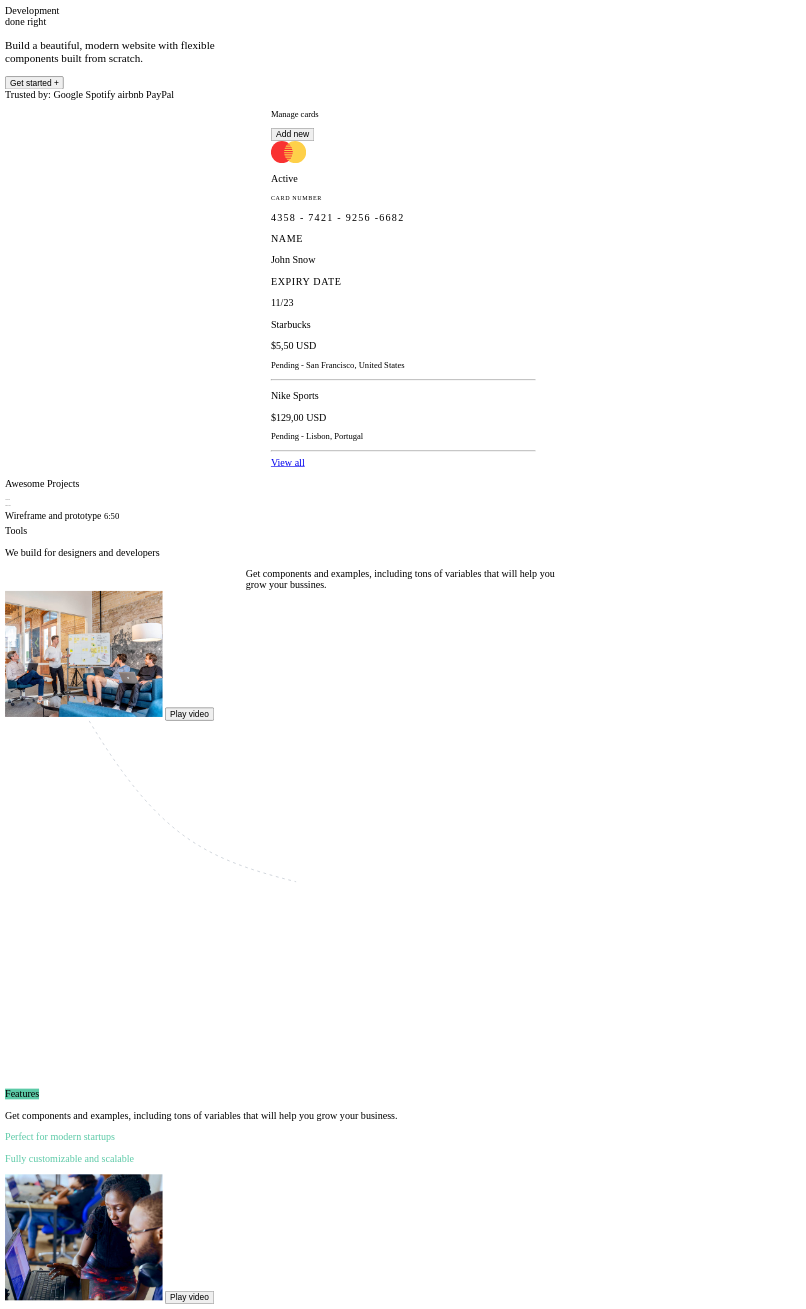
Repository: brandonc16/odoo-task
Page: components/hero.html
The author's editor kept a copy of each file at every save. The page is drawn from the files as they stood at one save, then again after the next save.
The browser window is 1280 px wide. The pictures show the whole page, at 63% of full size.

Above is the page before, as saved 2026-03-16 01:27:24.

### components/hero.html
<!-- SECTION CARD  -->
<div class="bg-primary text-white hero-style pb-10">
  <div class="pt-5">
    <div class="row align-items-center px-lg-10">
      <div class="col-12 col-lg-6 mb-5 mb-lg-0">
        <p class="display-4 fw-bold mb-4">Development<br />done right</p>
        <p
          class="mb-4 text-white-50"
          style="font-size: 1.1rem; max-width: 400px"
        >
          Build a beautiful, modern website with flexible components built from
          scratch.
        </p>
        <button
          class="btn btn-light text-primary rounded-2 d-inline-flex align-items-center gap-2 fw-bold px-4 py-2 mb-5"
        >
          Get started <span class="fs-5">+</span>
        </button>

        <div class="d-flex align-items-center gap-4 flex-wrap mt-3">
          <span class="small text-white-50">Trusted by:</span>
          <span class="fw-bold d-flex align-items-center gap-1"
            ><i class="bi bi-google"></i>Google</span
          >
          <span class="fw-bold d-flex align-items-center gap-1"
            ><i class="bi bi-spotify"></i>Spotify</span
          >
          <span class="fw-bold fs-5">airbnb</span>
          <span class="fw-bold d-flex align-items-center gap-1"
            ><i class="bi bi-paypal"></i>PayPal</span
          >
        </div>
      </div>
      <div class="col-12 col-lg-6">
        <div
          class="card bg-white border-0 shadow-lg p-4 text-dark"
          style="
            border-radius: 1.5rem 1.5rem 4.5rem 1.5rem;
            max-width: 420px;
            margin: 0 auto;
          "
        >
          <div class="d-flex justify-content-between align-items-center mb-4">
            <p class="fw-bold" style="font-size: 0.85rem">Manage cards</p>
            <button
              class="btn btn-outline-secondary btn-sm px-3 rounded-2"
              style="font-size: 0.85rem"
            >
              Add new
            </button>
          </div>
          <div
            class="bg-card-dark text-white p-4 mb-4 shadow-sm"
            style="border-radius: 1rem"
          >
            <div class="d-flex justify-content-between align-items-start mb-4">
              <div class="d-flex">
                <a class="navbar-brand fw-fold fs-3" href="#">
                  <img
                    src="/assets/mastercard.svg"
                    alt="Odoo logo"
                    height="35"
                    class="d-inline-block align-text-top"
                  />
                </a>
              </div>
              <p
                class="badge bg-success text-success text-white border border-success border-opacity-25 px-2 py-1"
              >
                Active
              </p>
            </div>
            <p
              class="text-white-50 mb-1"
              style="font-size: 0.6rem; letter-spacing: 1px"
            >
              CARD NUMBER
            </p>
            <p class="mb-4" style="letter-spacing: 2px">
              4358 - 7421 - 9256 -6682
            </p>

            <div class="d-flex justify-content-between">
              <div>
                <p
                  class="text-white-50 mb-0"
                  style="font-family: 0.6rem; letter-spacing: 1px"
                >
                  NAME
                </p>
                <p class="mb-0 fw-bold small">John Snow</p>
              </div>
              <div>
                <p
                  class="text-white-50 mb-0"
                  style="font-family: 0.6rem; letter-spacing: 1px"
                >
                  EXPIRY DATE
                </p>
                <p class="mb-0 fw-bold small">11/23</p>
              </div>
            </div>
          </div>

          <div class="justify-content-between align-items-center mb-2">
            <div class="d-flex justify-content-between">
              <p class="mb-0 fw-bold">Starbucks</p>

              <span class="text-muted">$5,50 USD</span>
            </div>
            <p class="mb-0 text-muted" style="font-size: 0.85rem">
              Pending - San Francisco, United States
            </p>
            <hr
              class="text-secondary justify-content-between align-items-center mb-4"
            />

            <div class="d-flex justify-content-between">
              <p class="mb-0 fw-bold">Nike Sports</p>

              <span class="text-muted">$129,00 USD </span>
            </div>
            <p class="mb-0 text-muted" style="font-size: 0.85rem">
              Pending - Lisbon, Portugal
            </p>
            <hr
              class="text-secondary justify-content-between align-items-center mb-4"
            />

            <a href="#" class="text-decoration-underline text-primary"
              >View all</a
            >
          </div>
        </div>
      </div>
    </div>
  </div>
</div>
<!-- SECTION TOOLS -->

<div class="py-5 my-5">
  <div class="px-lg-10">
    <div class="row align-items-center">
      <div class="col-12 col-lg-6 mb-5 mb-lg-0">
        <div
          class="card border border-light border-1 shadow-sm p-4 p-lg-5 rounded-3 position-relative mt-n4 mt-lg-n5"
        >
          <div style="width: 90%">
            <p class="fw-bold mb-4 display-6">Awesome Projects</p>
            <div class="mb-4 p-3">
              <p class="fw-bold mb-2" style="font-size: 0.95">
                Create the new logo
              </p>
              <div class="progress rounded-pill" style="height: 6px">
                <div class="progress-bar- bg-warning" style="width: 45%"></div>
              </div>
            </div>
            <div class="mb-4 p-3">
              <p class="fw-bold mb-2" style="font-size: 0.95">
                Set up the color palette
              </p>
              <div class="progress rounded-pill" style="height: 6px">
                <div class="progress-bar- bg-warning" style="width: 60%"></div>
              </div>
            </div>

            <div class="mb-2 p-3">
              <div
                class="d-flex justify-content-between align-items-center mb-2"
              >
                <span class="fw-bold" style="font-size: 0.95rem">
                  Wireframe and prototype</span
                >
                <span style="font-size: 0.86rem"
                  >6:50 <i class="bi bi-chevron-right small"></i
                ></span>
              </div>

              <div class="progress rounded-pill" style="height: 6px">
                <div class="progress-bar- bg-warning" style="width: 80%"></div>
              </div>
            </div>
          </div>
        </div>
      </div>

      <div
        class="col-12 col-lg-5 offset-lg-1 text-center text-lg-start mt-5 mt-lg-0"
      >
        <span
          class="badge bg-warning text-white px-3 py-2 rounded-pill mb-4 fs-6"
        >
          Tools
        </span>
        <p class="display-6 fw-bold mb-4">
          We build for designers and developers
        </p>
        <p
          class="text-muted fs-5 mb-3"
          style="max-width: 500px; margin: 0 auto"
        >
          Get components and examples, including tons of variables that will
          help you grow your bussines.
        </p>

        <div
          class="mt-4 mt-lg-5"
          style="width: 100%; max-width: 400px; z-index: 2"
        >
          <div class="rounded-2 overflow-hidden shadow-sm position-relative">
            <img
              src="/assets/img_01.jpg"
              alt="Team working"
              height="55"
              class="img-fluid w-100"
              style="height: 200px; object-fit: cover"
            />
            <button
              class="btn btn-light position-absolute top-0 end-0 m-3 fw-bold shadow-sm d-flex align-items-center gap-2 rounded-3"
            >
              Play video <i class="bi bi-play-fill"></i>
            </button>
          </div>
        </div>
      </div>
    </div>
  </div>
</div>

<svg
  class="position-absolute"
  style="
    top: 239%;
    left: 25%;
    z-index: 0;
    pointer-events: none;
    width: 50%;
    height: 83%;
  "
  viewBox="0 0 500 800"
  fill="none"
  xmlns="http://www.w3.org/2000/svg"
>
  <path
    d="M0,0 C150,250 250,300 450,350"
    stroke="#ced4da"
    stroke-width="2"
    stroke-dasharray="6 8"
    fill="none"
  />

  <!--   <path
    d="M400,600 C300,750 250,850 100,1000"
    stroke="#ced4da"
    stroke-width="2"
    stroke-dasharray="6 8"
    fill="none"
  /> -->
</svg>

<!-- SECTION FEATURES -->

<div class="py-5 my-5 position-relative overflow-hidden">
  <div class="row px-lg-10 align-items-center">
    <div class="col-12 col-lg-5 mb-5 mb-lg-0">
      <span
      class="badge text-white px-3 py-2 rounded-pill mb-4 fs-6"
      style="background-color: #5ccaa7"
    >
    Features
    </span>

      <p class="fw-bold mb-5">
        Get components and examples, including tons of variables that will help
        you grow your business.
      </p>

      <div class="d-flex flex-column gap-3">
        <div class="d-flex align-items-center gap-3">
          <i class="bi bi-check-circle-fill fs-5" style="color: #5ccaa7"></i>
          <p class="fw-medium mt-3" style="color: #5ccaa7">
            Perfect for modern startups
          </p>
        </div>
      </div>
      <div class="d-flex flex-column gap-3">
        <div class="d-flex align-items-center gap-3">
          <i class="bi bi-check-circle-fill fs-5" style="color: #5ccaa7"></i>
          <p class="fw-medium mt-3" style="color: #5ccaa7">
            Fully customizable and scalable
          </p>
        </div>
      </div>
    </div>

    <div
    class="col-12 col-lg-6 offset-lg-1"
  >
  <div class="position-relative  shadow-lg rounded-3 overflow-hidden;">

    <img
    src="/assets/img_02.jpg"
    alt="Team working"
    height="auro"
    class="img-fluid w-100"
    style="height: 200px; object-fit: cover"
  />
  <button
  class="btn btn-light position-absolute top-0 end-0 m-3 fw-bold shadow-sm d-flex align-items-center gap-2 rounded-3"
>
  Play video <i class="bi bi-play-fill"></i>
</button>
  </div>


  </div>
  </div>
</div>

After the next save:
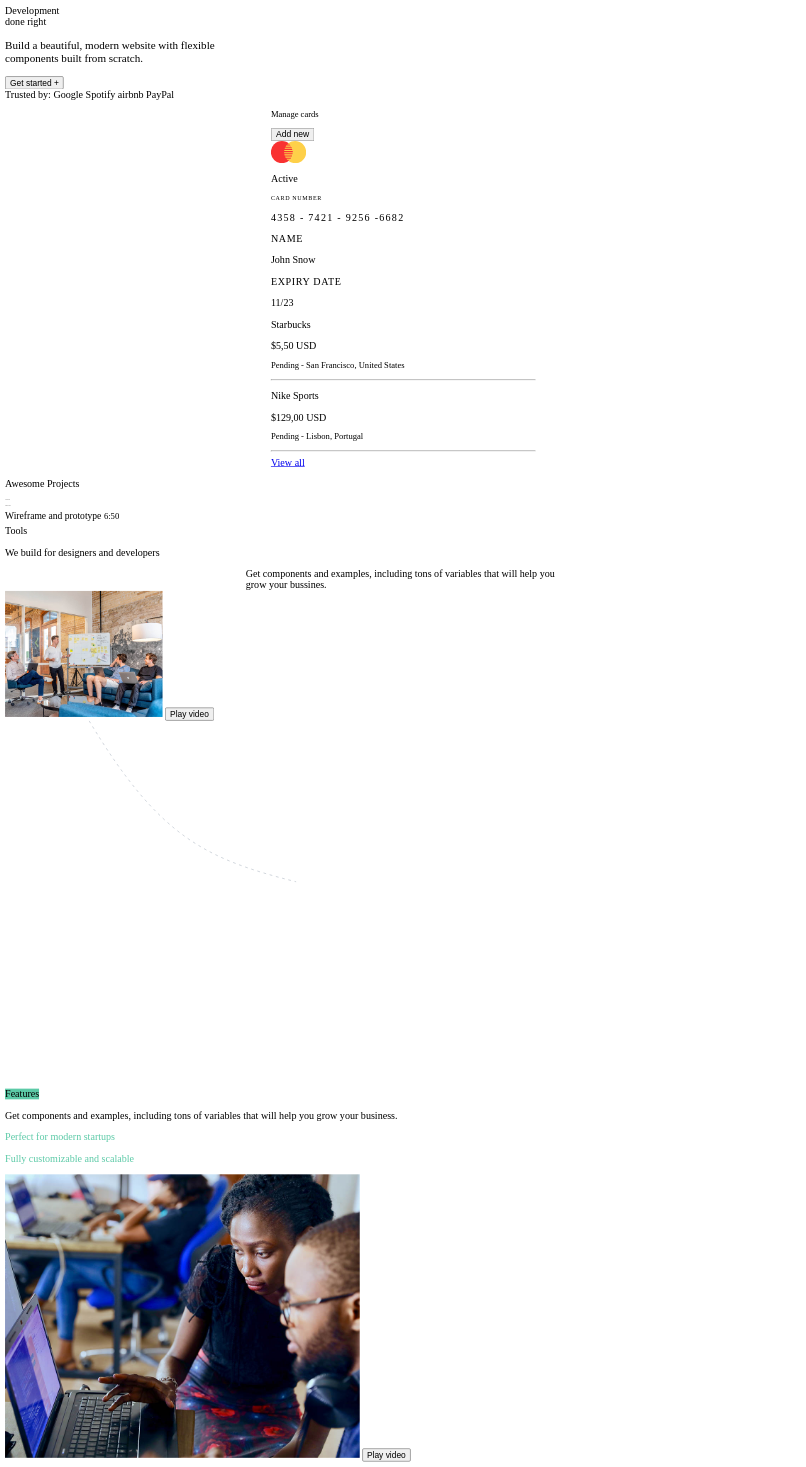
Saved 20 s later.
--- a/components/hero.html
+++ b/components/hero.html
@@ -301,9 +301,9 @@
     <img
     src="/assets/img_02.jpg"
     alt="Team working"
-    height="auro"
+    height="auto"
     class="img-fluid w-100"
-    style="height: 200px; object-fit: cover"
+    style="height: 450px; object-fit: cover"
   />
   <button
   class="btn btn-light position-absolute top-0 end-0 m-3 fw-bold shadow-sm d-flex align-items-center gap-2 rounded-3"
